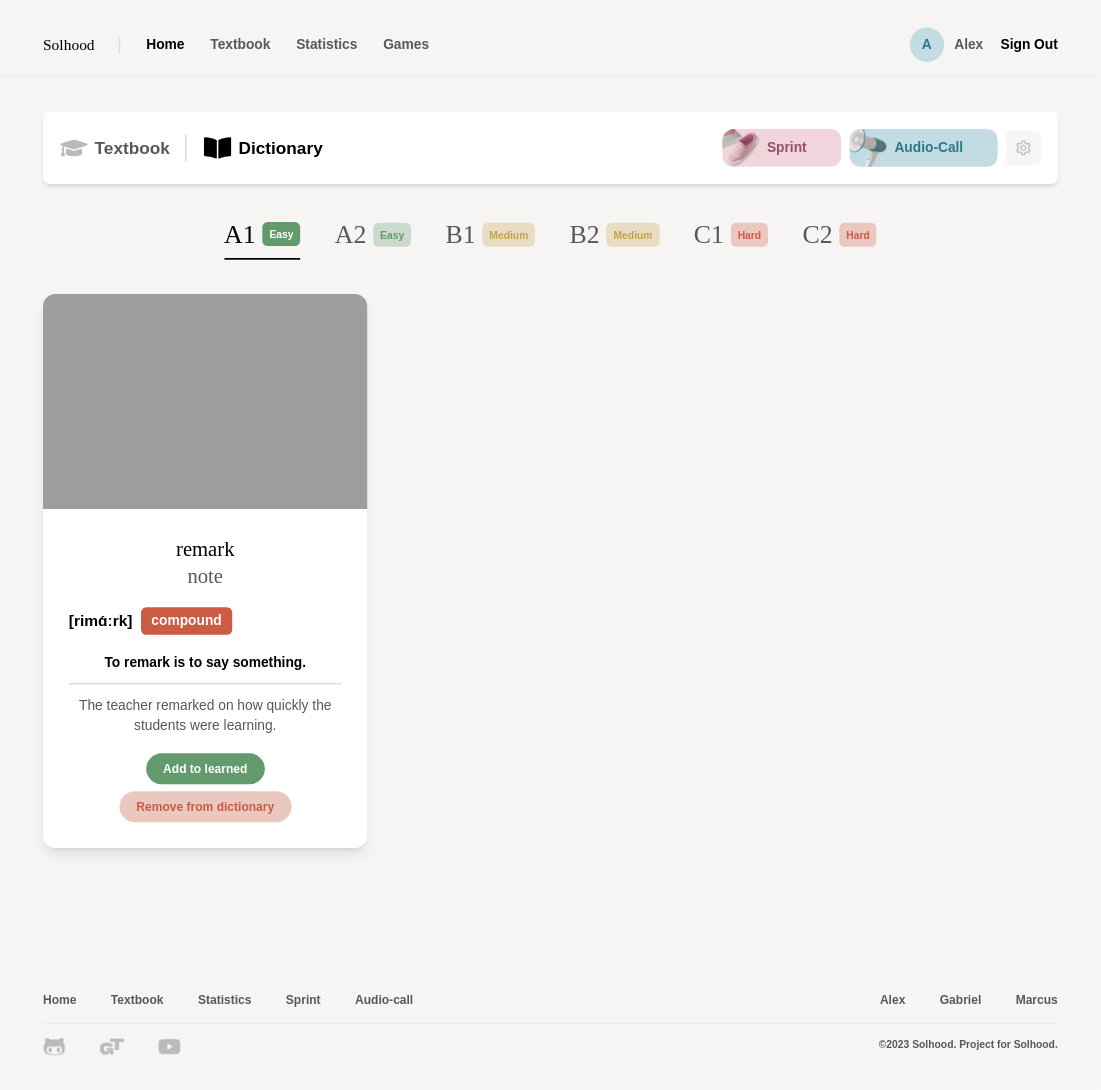
Repository: haudnn/solhood
Page: /textbook
These files come from the project's save history. The page is drawn as it stood at one moment and after the next save; the edit follows.
The browser window is 1280 px wide. The pictures show the whole page, at 86% of full size.
Pictures or frames that could not be fetched are drawn as grey boxes. The project was rebuilt for these pictures with package versions that can differ from the ones it lists, and the page was loaded fresh each time. Also part of the build but not shown: src/pages/Home.tsx, src/pages/sprint/Sprint.tsx, src/pages/sprint/Game.tsx, src/pages/sprint/Result.tsx, src/pages/audio/Audio.tsx, src/pages/audio/Game.tsx, src/pages/audio/Result.tsx.

Above is the page before, as saved 2023-01-06 18:25:57.

After the next save:
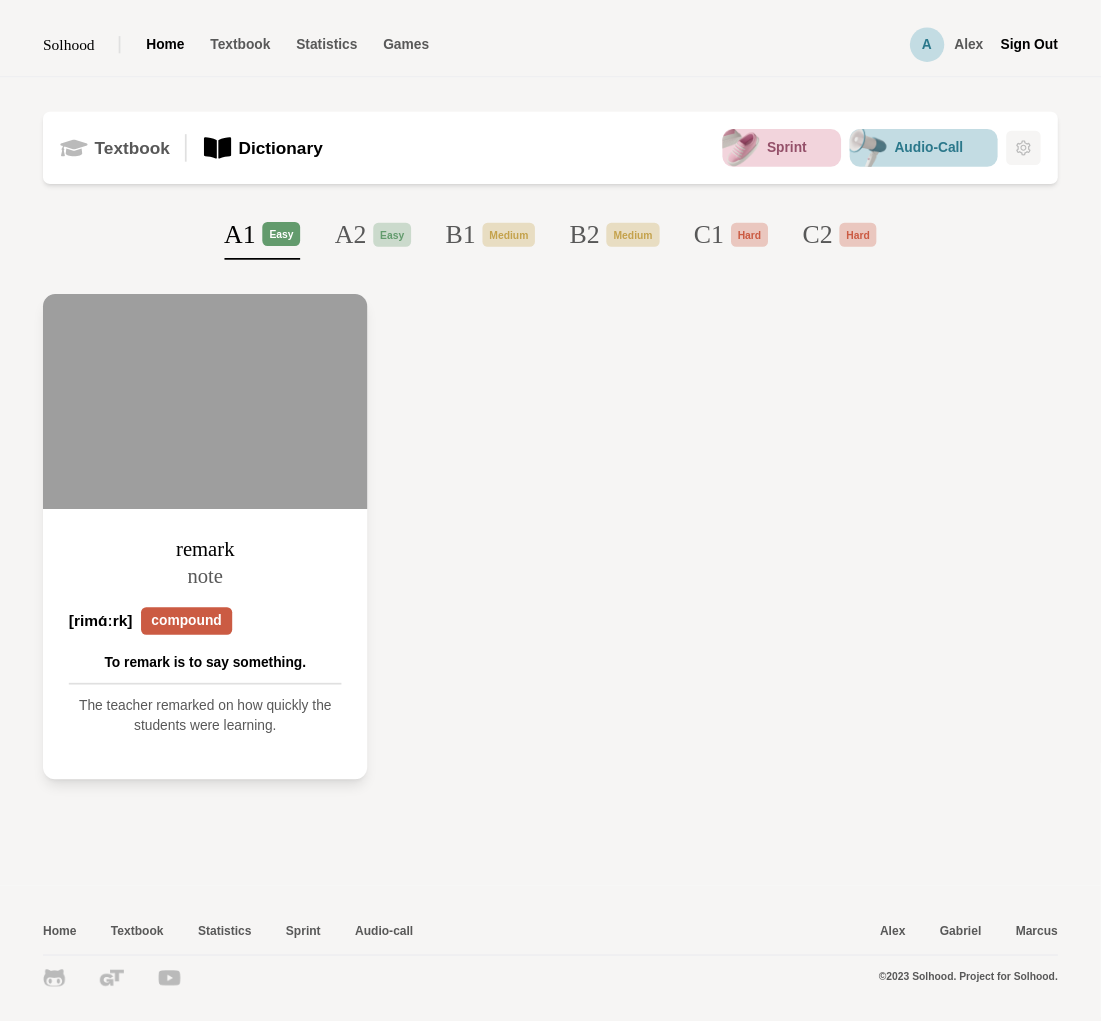
Saved 19 s later.
--- a/src/pages/textbook/WordItem.tsx
+++ b/src/pages/textbook/WordItem.tsx
@@ -91,18 +91,20 @@ const WordItem = ({ isList, isShowButtons }: Props) => {
               The teacher remarked on how quickly the students were learning.
             </p>
           </div>
-          <div>
-            <button className="py-[6px] px-5 rounded-[100px] bg-greendesign inline-block mb-2">
-              <span className="text-sm font-semibold text-white">
-                Add to learned
-              </span>
-            </button>
-            <button className="py-[6px] px-5 rounded-[100px] bg-secondorangedesign">
-              <span className="text-sm font-semibold text-orangedesign">
-                Remove from dictionary
-              </span>
-            </button>
-          </div>
+          {isShowButtons && (
+            <div>
+              <button className="py-[6px] px-5 rounded-[100px] bg-greendesign inline-block mb-2">
+                <span className="text-sm font-semibold text-white">
+                  Add to learned
+                </span>
+              </button>
+              <button className="py-[6px] px-5 rounded-[100px] bg-secondorangedesign">
+                <span className="text-sm font-semibold text-orangedesign">
+                  Remove from dictionary
+                </span>
+              </button>
+            </div>
+          )}
         </div>
       </div>
     </div>
